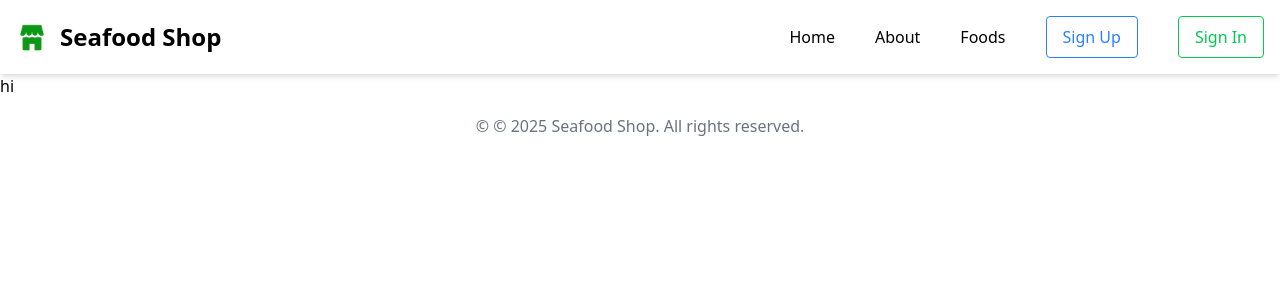
Repository: KongRucifer/SeaFood-Shop
Page: /
An editor plug-in stored every save of this project. The page is shown before and after the next save, followed by the edit.
The browser window is 1280 px wide. The pictures show the whole page.
The project was rebuilt for these pictures with package versions that can differ from the ones it lists, and the page was loaded fresh each time. The framework's server and built-in components were replaced by stand-ins that run in the browser. Also part of the build but not shown: next.config.ts.

Above is the page before, as saved 2025-06-24 21:05:50.

### src/app/layout.tsx
import type { Metadata } from "next";
import { Geist, Geist_Mono } from "next/font/google";
import "./globals.css";
import Navbar from "@/components/Navbar";
import Footer from "@/components/Footer";
 const geistSans = Geist({
  variable: "--font-geist-sans",
  subsets: ["latin"],
});

const geistMono = Geist_Mono({
  variable: "--font-geist-mono",
  subsets: ["latin"],
});

export const metadata: Metadata = {
  title: "ຮ້ານຂາຍອາຫານທະເລ - ໜ້າທຳອິດ | Seafood Shop",
  description:
    "ຮ້ານຂາຍອາຫານທະເລອອນໄລ ໜ້າທຳອິດ ລວມອາຫານທະເລຫຼາກຫຼາຍ ເຊັ່ນ ປາ, ປູ, ກຸ້ງ ແລະ ອາຫານທະເລອື່ນໆ ສາມາດສັ່ງເຊົ້າ ແລະ ສັ່ງເຂົ້າໃນເວັບໄຊ ສາມາດເຮັດ ການໂອນເງິນ",
  keywords:
    "ອາຫານທະເລ ອອນໄລ, ຮ້ານຂາຍອາຫານທະເລ, ສັ່ງອາຫານທະເລ, ອາຫານທະເລສົ່ງໄວ",
  authors: [{ name: "kong mong thao" }],
  publisher: "Super Shop SeaFood",
  robots: {
    index: true,
    follow: true,
  },
  openGraph: {
    title: "ຮ້ານຂາຍອາຫານທະເລ - ໜ້າທຳອິດ | Seafood Shop",
    description:
      "ສັ່ງຊື້ອາຫານທະເລ ລາຄາຖືກ ສົ່ງໄວ ທັນໃຈ ມີບໍລິການໂອນເງີນ ປາຍທາງ",
    url: "http://localhost:3000/images/fish.jpeg",
    siteName: "Seafood Shop",
    locale: "th_TH",
    type: "website",
    images: [
      {
        url: "http://localhost:3000/images/myshopSeafood.jpeg",
        width: 1200,
        height: 630,
        alt: "Food Shop Image",
      },
    ],
  },
  twitter: {
    card: "summary_large_image",
    title: "ຮ້ານຂາຍອາຫານທະເລ - ໜ້າທຳອິດ | Seafood Shop",
    description:
      "ສັ່ງຊື້ອາຫານທະເລ ລາຄາຖືກ ສົ່ງໄວ ທັນໃຈ ມີບໍລິການໂອນເງີນ ປາຍທາງ",
    images: ["http://localhost:3000/images/seafood2.jpeg"],
  },
  alternates: {
    canonical: "https://yourdomain.com/",
  },
  // viewport: 'width=device-width, initial-scale=1',
}
export const viewport = {
  width: 'device-width',
  initialScale: 1,
};
export default function RootLayout({
  children,
}: Readonly<{
  children: React.ReactNode;
}>) {
  return (
    <html lang="en">
      <body
        className={`${geistSans.variable} ${geistMono.variable} antialiased`}
      >
        <Navbar />

        {children}

        <Footer />
      </body>
    </html>
  );
}

### src/app/page.tsx
// ✅ app/page.tsx
import React from 'react'
// import Home from './views/Home'

export default async function FoodPage() {

  return (
    <div>
       {/* <Home/> */}
       hi
    </div>
  )
}
// export default async function Home() {
//   const res = await fetch('https://jsonplaceholder.typicode.com/posts?_limit=5')
//   const posts = await res.json()

//   return (
//     <div>
//       <h1>Posts</h1>
//       <ul>
//         {posts.map((post: any) => (
//           <li key={post.id}>{post.title}</li>
//         ))}
//       </ul>
//     </div>
//   )
// }

### src/app/globals.css
 @import "tailwindcss";
/*
:root {
  --background: #ffffff;
  --foreground: #171717;
}

@theme inline {
  --color-background: var(--background);
  --color-foreground: var(--foreground);
  --font-sans: var(--font-geist-sans);
  --font-mono: var(--font-geist-mono);
}

@media (prefers-color-scheme: dark) {
  :root {
    --background: #0a0a0a;
    --foreground: #ededed;
  }
}

body {
  background: var(--background);
  color: var(--foreground);
  font-family: Arial, Helvetica, sans-serif;
} */

### src/components/Navbar.tsx
import Link from "next/link";
export default function Navbar() {
  return (
    <nav className="bg-white border-gray-200 dark:bg-gray-900 shadow-md">
      <div className="max-w-screen-xl flex flex-wrap items-center justify-between mx-auto p-4">
        <a href="/" className="flex items-center">
          <img
            src="images/lets-icons_shop.png"
            className="h-8 mr-3"
            alt="Seafood Shop Logo"
          />
          <span className="self-center text-2xl font-semibold whitespace-nowrap dark:text-white">
            Seafood Shop
          </span>
        </a>
        <div className="flex justify-center items-center md:order-2 gap-10">
          <Link href="/">Home</Link>
          <Link href="/">About</Link>
          <Link href="/">Foods</Link>
          <Link href="/" className="border border-blue-500 text-blue-500 px-4 py-2 rounded hover:bg-blue-50 transition">
            Sign Up
          </Link>
          <Link href="/" className="border border-green-500 text-green-500 px-4 py-2 rounded hover:bg-blue-50 transition">
            Sign In
          </Link>
        </div>
      </div>
    </nav>
  );
}

### src/components/Footer.tsx
export default function Footer() {
  return (
    <footer className="bg-white dark:bg-gray-900">
      <div className="max-w-screen-xl mx-auto p-4">
        <div className="text-center text-gray-500 dark:text-gray-400">
          © © {new Date().getFullYear()} Seafood Shop. All rights reserved.
        </div>
      </div>
    </footer>
  ); }

After the next save:
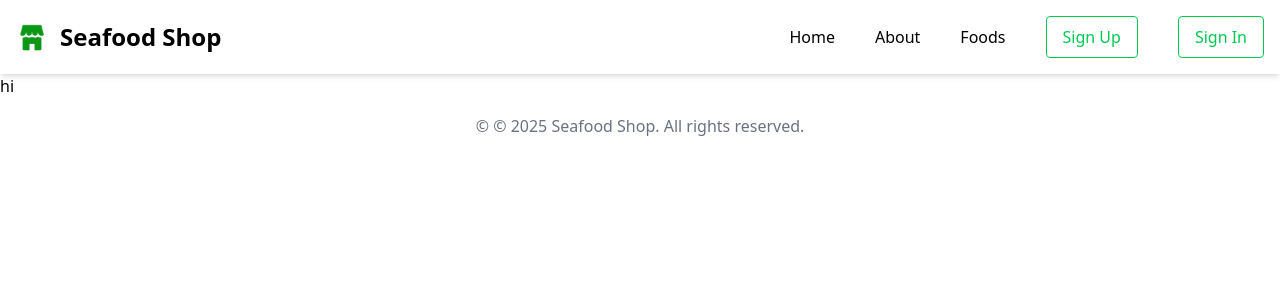
Saved 5 s later.
--- a/src/components/Navbar.tsx
+++ b/src/components/Navbar.tsx
@@ -17,7 +17,7 @@ export default function Navbar() {
           <Link href="/">Home</Link>
           <Link href="/">About</Link>
           <Link href="/">Foods</Link>
-          <Link href="/" className="border border-blue-500 text-blue-500 px-4 py-2 rounded hover:bg-blue-50 transition">
+          <Link href="/" className="border border-green-500 text-green-500 px-4 py-2 rounded hover:bg-blue-50 transition">
             Sign Up
           </Link>
           <Link href="/" className="border border-green-500 text-green-500 px-4 py-2 rounded hover:bg-blue-50 transition">
